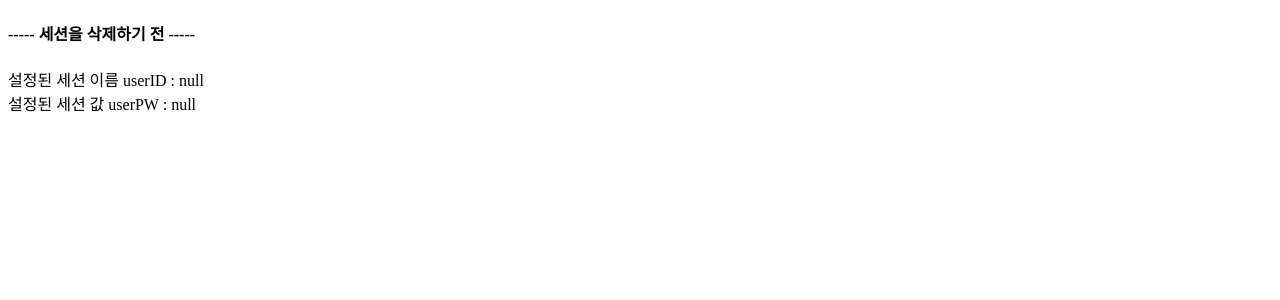
Repository: zhyuk/FullStackStudy
Page: http://localhost/jsptwo/14_session04.jsp
The author's editor kept a copy of each file at every save. The page is drawn from the files as they stood at one save, then again after the next save.
The browser window is 1280 px wide. The pictures show the whole page.
The page is served by Tomcat 9. Other server files are loaded and not shown.

Above is the page before, as saved 2024-09-02 03:49:54.

### jsp/jspwork/jsptwo/src/main/webapp/14_session04.jsp
<%@ page language="java" contentType="text/html; charset=UTF-8"
    pageEncoding="UTF-8"%>
<!DOCTYPE html>
<html>
<head>
<meta charset="UTF-8">
<title>Insert title here</title>
</head>
<body>
	<h4>----- 세션을 삭제하기 전 -----</h4>
	<%
		String user_id = (String)session.getAttribute("userID");
		String user_pw = (String)session.getAttribute("userPW");
		out.println("설정된 세션 이름 userID : " + user_id + "<br>");
		out.println("설정된 세션 값 userPW : " + user_pw + "<br>");
	%>
</body>
</html>

After the next save:
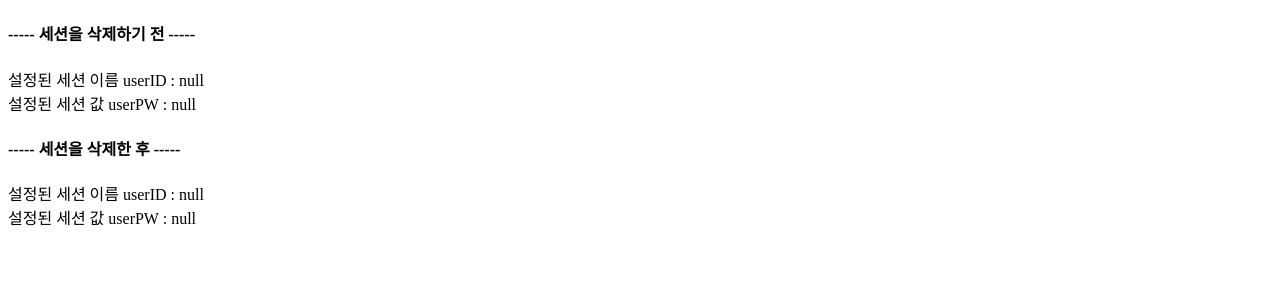
Saved 65 s later.
--- a/jsp/jspwork/jsptwo/src/main/webapp/14_session04.jsp
+++ b/jsp/jspwork/jsptwo/src/main/webapp/14_session04.jsp
@@ -13,6 +13,17 @@
 		String user_pw = (String)session.getAttribute("userPW");
 		out.println("설정된 세션 이름 userID : " + user_id + "<br>");
 		out.println("설정된 세션 값 userPW : " + user_pw + "<br>");
+
+		// 단일 세션 삭제
+		session.removeAttribute("userID");
+	%>
+
+	<h4>----- 세션을 삭제한 후 -----</h4>
+	<%
+		user_id = (String)session.getAttribute("userID");
+		user_pw = (String)session.getAttribute("userPW");
+		out.println("설정된 세션 이름 userID : " + user_id + "<br>");
+		out.println("설정된 세션 값 userPW : " + user_pw + "<br>");
 	%>
 </body>
 </html>
